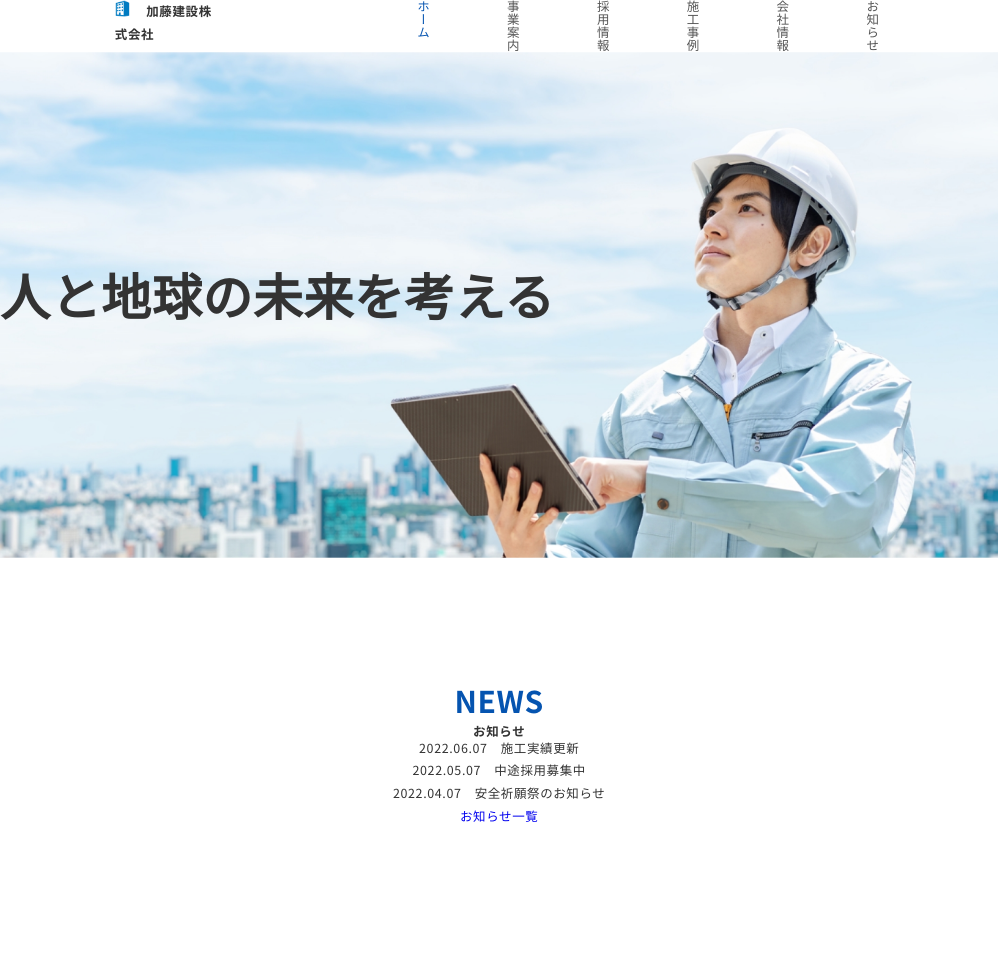
Repository: nozomi-23/hp1_test
Page: index.html
An editor plug-in stored every save of this project. The page is shown before and after a run of saves, followed by the edit.
The browser window is 1280 px wide. The pictures show the whole page, at 78% of full size.

Above is the page before, as saved 2022-06-12 11:04:56.

### index.html
<!DOCTYPE html>
<html lang="ja">
<head>
<meta charset="UTF-8">
<title>加藤建設 株式会社</title>
<meta name="description" content="人と地球の未来を考える 加藤建設 株式会社">
<meta name="keywords" content="建築,土木,インフラ">
<meta name="viewport" content="width=device-width, initial-scale=1.0">
<meta property="og:title" content="建築依頼なら「加藤建設 株式会社」">
<meta property="og:type" content="article">
<meta property="og:url" content="https://withcode-plus.tech">
<meta property="og:image" content="img/logo.png">
<meta property="og:description" content="確かな技術力が自慢、インフラから地域貢献まで加藤建設にお任せ下さい">
<meta property="og:site_name" content="加藤建設 株式会社">
<link rel="icon" href="img/favicon.ico">
<link rel="apple-touch-icon" sizes="180x180" href="img/logo.png">
<link rel="preconnect" href="https://fonts.googleapis.com">
<link rel="preconnect" href="https://fonts.gstatic.com" crossorigin>
<link href="https://fonts.googleapis.com/css2?family=Noto+Sans+JP:wght@400;500;700&family=Noto+Serif+JP&display=swap"
  rel="stylesheet">
<link rel="stylesheet" type="text/css" href="css/reset.css">
<link rel="stylesheet" type="text/css" href="css/common1.css">
<link rel="stylesheet" type="text/css" href="css/index.css">
</head>
<body>
  <!-- =========header -->
  <header>
    <div class="header_wrapper">
      <div class="header_inner">
        <h1 class="header_left">加藤建設株式会社</h1>
        <nav class="header_right" >
          <ul class="header_list">
            <li><a href="#" class="color">ホーム</a></li>
            <li><a href="html/business.html">事業案内</a></li>
            <li><a href="html/recruit.html">採用情報</a></li>
            <li><a href="html/work.html">施工事例</a></li>
            <li><a href="html/company.html">会社情報</a></li>
            <li><a href="html/news.html">お知らせ</a></li>
          </ul>
        </nav>
      </div>
    </div>
  </header>
  <!-- =========main_view -->
  <main>
    <section class="main_wrapper">
      <div class="main_txt">
        <h3>人と地球の未来を考える</h3>
      </div>
    </section>
    <!-- =========news -->
    <section class="news section">
      <div class="news_wrapper">
        <h2 class="title">NEWS<br>
          <small>お知らせ</small></h2>
        <ul>
          <li>2022.06.07&emsp;施工実績更新</li>
          <li>2022.05.07&emsp;中途採用募集中</li>
          <li>2022.04.07&emsp;安全祈願祭のお知らせ</li>
        </ul>
        <div class="btn">
          <a href="html/news.html">お知らせ一覧</a>
        </div>
      </div>
    </section>
  </main>
</body>
</html>

### css/reset.css
@charset "UTF-8";

html,
body,
div,
span,
object,
iframe,
h1,
h2,
h3,
h4,
h5,
h6,
p,
blockquote,
pre,
abbr,
address,
cite,
code,
del,
dfn,
em,
img,
ins,
kbd,
q,
samp,
small,
strong,
sub,
sup,
var,
b,
i,
dl,
dt,
dd,
ol,
ul,
li,
fieldset,
form,
label,
legend,
table,
caption,
tbody,
tfoot,
thead,
tr,
th,
td,
article,
aside,
canvas,
details,
figcaption,
figure,
footer,
header,
hgroup,
menu,
nav,
section,
summary,
time,
mark,
audio,
video {
  margin: 0;
  padding: 0;
  border: 0;
  outline: 0;
  font-size: 100%;
  vertical-align: baseline;
  background: transparent;
}

body {
  line-height: 1;
}

article,
aside,
details,
figcaption,
figure,
footer,
header,
hgroup,
menu,
nav,
section {
  display: block;
}

nav ul {
  list-style: none;
}

blockquote,
q {
  quotes: none;
}

blockquote:before,
blockquote:after,
q:before,
q:after {
  content: '';
  content: none;
}

a {
  margin: 0;
  padding: 0;
  font-size: 100%;
  vertical-align: baseline;
  background: transparent;
}

/* change colours to suit your needs */
ins {
  background-color: #ff9;
  color: #000;
  text-decoration: none;
}

/* change colours to suit your needs */
mark {
  background-color: #ff9;
  color: #000;
  font-style: italic;
  font-weight: bold;
}

del {
  text-decoration: line-through;
}

abbr[title],
dfn[title] {
  border-bottom: 1px dotted;
  cursor: help;
}

table {
  border-collapse: collapse;
  border-spacing: 0;
}

/* change border colour to suit your needs */
hr {
  display: block;
  height: 1px;
  border: 0;
  border-top: 1px solid #cccccc;
  margin: 1em 0;
  padding: 0;
}

input,
select {
  vertical-align: middle;
}

### css/common1.css
@charset "UTF-8";

body {
  color: #333;
  letter-spacing: 0.05em;
  line-height: 1.8;
  font-family: 'Noto Sans JP', sans-serif ,'Noto Serif JP',
  serif;
}
li {
  list-style: none;
}

a {
  text-decoration: none;
}
.section {
  margin: 8% 0;
}


/* タイトル */
.title {
  color: #0554B0;
  font-weight: bold;
  font-size: 2.4rem;
  line-height: 0.8;
}
.news_wrapper small {
  font-size: 1rem;
  color: #333;
}

### css/index.css
@charset "UTF-8";

/* =================
header
===================*/
.header_wrapper {
  display: flex;
  justify-content: center;
}
.header_inner {
  width: 77%;
  display: flex;
  justify-content: space-between;

}
.header_list {
  display: table;
}
.header_list li {
  display: table-cell;
  writing-mode: vertical-rl;
}
.header_list li a {
  color: #555;
}
.header_list li a:hover {
  opacity: 0.5;
}
.header_list li a.color {
  color: #0554B0;
}

.header_left::before {
  content: "";
  background: url(../img/name_icon.png) no-repeat ;
  background-size: contain;
  width: 30%;
  height: 30%;
  z-index: 1;
  display: inline-block;
}

/* =================
main_view
===================*/
.main_wrapper {
  background: url(../img/top_img.png)no-repeat center;
  background-size: cover;
  width: 100%;
  height: 90vh;
}
.main_txt {
  font-size: 4rem;
  font-weight: normal;
  font-family: 'Noto Serif JP';
  position: relative;
  top: 40%;
}
/* =================
news
===================*/
.news {
  text-align: center;
}
.news_wrapper {
  padding: 5%;
  margin-bottom: 1rem;
}

After the next 2 saves:
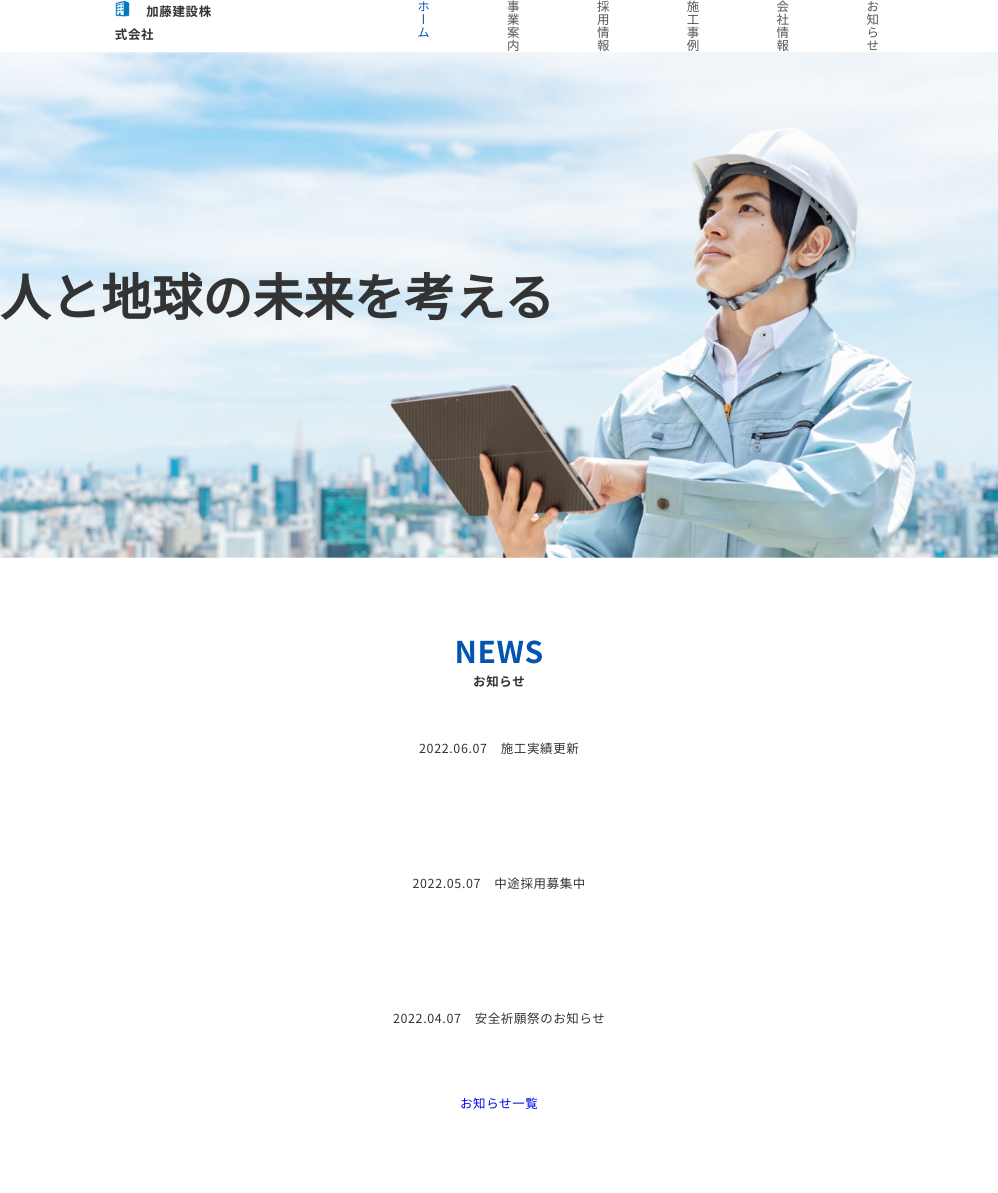
The 2 saves are shown as one change because they came seconds apart.
The last was saved 17 s later.
--- a/css/index.css
+++ b/css/index.css
@@ -62,7 +62,7 @@ news
 .news {
   text-align: center;
 }
-.news_wrapper {
+.news_wrapper ul li{
   padding: 5%;
   margin-bottom: 1rem;
 }
